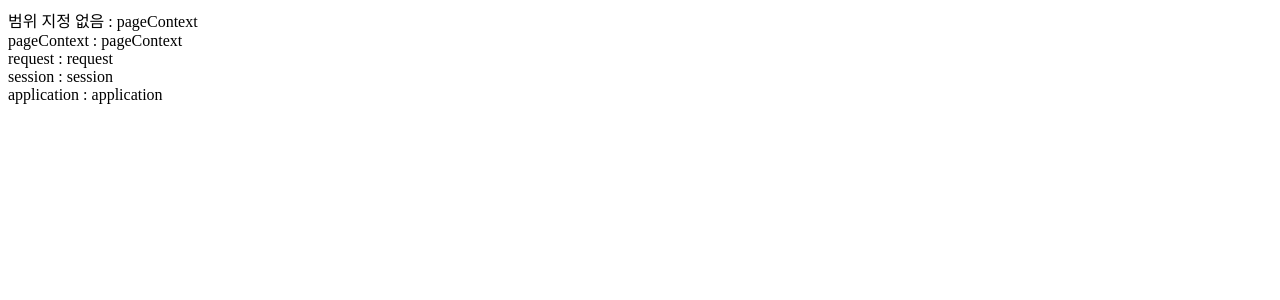
Repository: qldfhr123/Learned_collection
Page: http://localhost/jspExam/el/ex7_A.jsp
The author's editor kept a copy of each file at every save. The page is drawn from the files as they stood at one save, then again after a run of saves.
The browser window is 1280 px wide. The pictures show the whole page.
The page is served by Tomcat 9.

Above is the page before, as saved 2023-06-27 04:27:20.

After the next 2 saves:
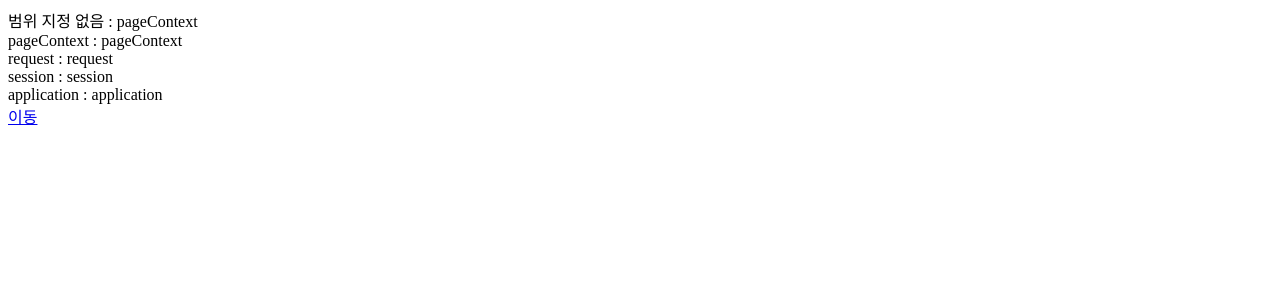
The 2 saves are shown as one change because they came seconds apart.
The last was saved 21 s later.
--- a/java_workplace/java_workplace/jspExam/src/main/webapp/el/ex7_A.jsp
+++ b/java_workplace/java_workplace/jspExam/src/main/webapp/el/ex7_A.jsp
@@ -15,3 +15,4 @@
 	request : ${requestScope.data}<br>
 	session : ${sessionScope.data}<br>
 	application : ${applicationScope.data}<br>
+	<a href ="ex7_B.jsp">이동</a>
